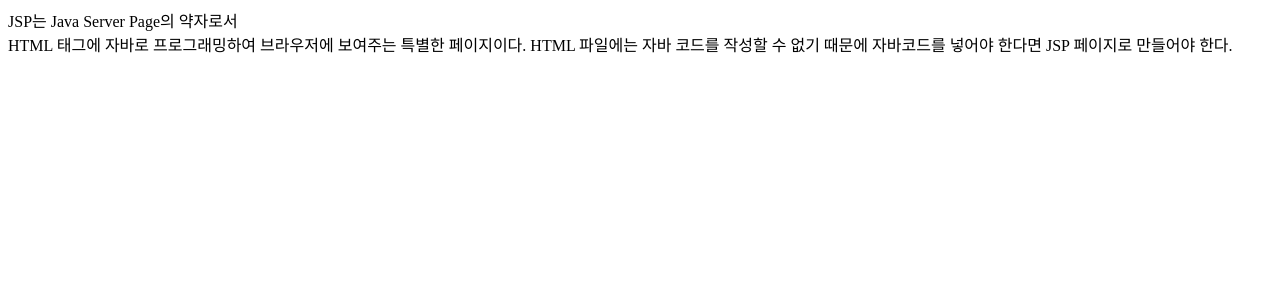
Repository: dadomin/2020JAVA
Page: http://localhost/20201damin/ex01.jsp
These files come from the project's save history. The page is drawn as it stood at one moment and after the next save; the edit follows.
The browser window is 1280 px wide. The pictures show the whole page.
The page is served by Tomcat 9.

Above is the page before, as saved 2020-06-02 01:36:23.

### first semester/20201damin/WebContent/ex01.jsp
<%@ page language="java" contentType="text/html; charset=UTF-8"
    pageEncoding="UTF-8"%>
<!DOCTYPE html>
<html>
<head>
<meta charset="UTF-8">
<title>JSP 간단한 정리</title>
</head>
<body>

	JSP는 Java Server Page의 약자로서 <br>
	HTML 태그에 자바로 프로그래밍하여 브라우저에 보여주는 특별한 페이지이다.
</pre>
HTML 파일에는 자바 코드를 작성할 수 없기 때문에
자바코드를 넣어야 한다면 JSP 페이지로 만들어야 한다.

</body>
</html>

After the next save:
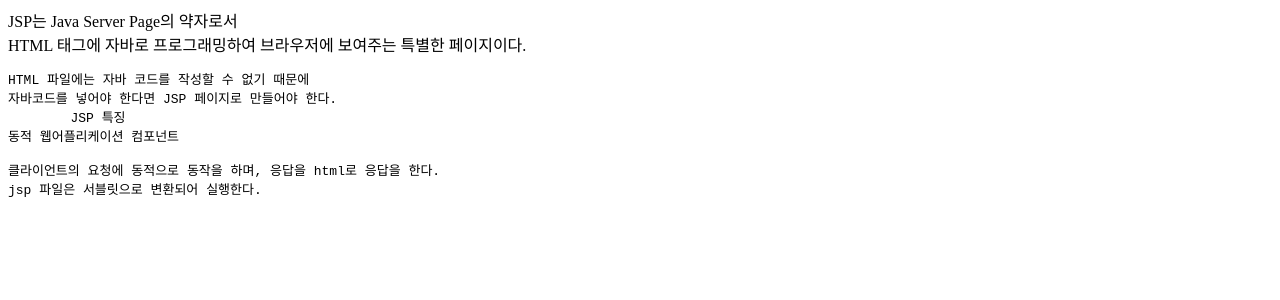
Saved 88 s later.
--- a/first semester/20201damin/WebContent/ex01.jsp
+++ b/first semester/20201damin/WebContent/ex01.jsp
@@ -10,9 +10,15 @@
 
 	JSP는 Java Server Page의 약자로서 <br>
 	HTML 태그에 자바로 프로그래밍하여 브라우저에 보여주는 특별한 페이지이다.
-</pre>
+<pre>
 HTML 파일에는 자바 코드를 작성할 수 없기 때문에
 자바코드를 넣어야 한다면 JSP 페이지로 만들어야 한다.
+	JSP 특징
+동적 웹어플리케이션 컴포넌트
+<!-- 확장자는 jsp -->
+클라이언트의 요청에 동적으로 동작을 하며, 응답을 html로 응답을 한다.
+jsp 파일은 서블릿으로 변환되어 실행한다.
 
+</pre>
 </body>
 </html>
